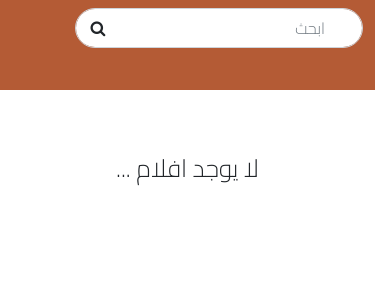
Repository: amralhawi123/Movies
Page: /
These files come from the project's save history. The page is drawn as it stood at one moment and after a run of saves; the edit follows.
The browser window is 375 px wide. The pictures show the whole page.
The page's requests for data from a server got no answer. The project was rebuilt for these pictures with package versions that can differ from the ones it lists, and the page was loaded fresh each time. No one was signed in, and anything a server would have sent is missing. Also part of the build but not shown: src/Components/CardMovie.js, src/Components/Pagination.js, src/Components/MovisDetails.js.

Above is the page before, as saved 2023-04-11 15:26:43.

### public/index.html
<!DOCTYPE html>
<html dir="rtl" lang="ar">
  <head>
    <meta charset="utf-8" />
    <link rel="icon" href="%PUBLIC_URL%/favicon.ico" />
    <meta name="viewport" content="width=device-width, initial-scale=1" />
    <meta name="theme-color" content="#000000" />
    <meta
      name="description"
      content="Web site created using create-react-app"
    />
    <link rel="apple-touch-icon" href="%PUBLIC_URL%/logo192.png" />
    <link rel="manifest" href="%PUBLIC_URL%/manifest.json" />
    <link
      rel="stylesheet"
      href="https://cdn.jsdelivr.net/npm/bootstrap@5.1.3/dist/css/bootstrap.min.css"
      integrity="sha384-1BmE4kWBq78iYhFldvKuhfTAU6auU8tT94WrHftjDbrCEXSU1oBoqyl2QvZ6jIW3"
      crossorigin="anonymous"
    />
    <link rel="preconnect" href="https://fonts.googleapis.com" />
    <link rel="preconnect" href="https://fonts.gstatic.com" crossorigin />
    <link
      href="https://fonts.googleapis.com/css2?family=Almarai:wght@300;400;700;800&family=Cairo:wght@300&display=swap"
      rel="stylesheet"
    />
    <link
      rel="stylesheet"
      href="https://cdnjs.cloudflare.com/ajax/libs/font-awesome/4.7.0/css/font-awesome.min.css"
    />
    <title>Movies</title>
  </head>
  <body>
    <noscript>You need to enable JavaScript to run this app.</noscript>
    <div id="root"></div>
  </body>
</html>

### src/index.js
import ReactDOM from 'react-dom/client';
import './index.css';
import App from './App';
import 'bootstrap/dist/css/bootstrap.min.css';
import { store } from './Reudx/store/store';
import { Provider } from 'react-redux';


const root = ReactDOM.createRoot(document.getElementById('root'));

root.render(
  <Provider store={store}>
    <App />
  </Provider>,
);

### src/index.css
body {
  margin: 0;
}
.color-body {
  background-color: white;
  height: 100vh;
}
.nav-style {
  height: 90px;
  width: 1440px;
  background-color: #b45b35;
}

.logo {
  height: 72px;
  width: 78px;
}

.search {
  position: relative;
}

.search input {
  height: 40px;
  text-indent: 25px;
  border-radius: 20px;
}

.search input:focus {
  box-shadow: none;
  border: 2px solid red;
}
.search .fa-search {
  position: absolute;
  top: 12px;
  left: 16px;
}

.card {
  position: relative;
  transition: all 0.5s ease-in;
  cursor: pointer;
  height: 375px;
}

.card__image {
  display: block;
  width: 100%;
  height: 100%;
  border-radius: 5px;
}

.card__overlay {
  position: absolute;
  top: 0;
  bottom: 0;
  left: 0;
  right: 0;
  height: 100%;
  width: 100%;
  opacity: 0;
  visibility: none;
  transition: 0.5s ease;
  background-color: #393839;
}

.card:hover .card__overlay {
  opacity: 0.8;
}

.overlay__text {
  color: white;
  font-size: 16px;
  font-weight: bold;
  position: absolute;
  top: 50%;
  left: 50%;
  -webkit-transform: translate(-50%, -50%);
  -ms-transform: translate(-50%, -50%);
  transform: translate(-50%, -50%);
}

.font {
  font-family: "Almarai", sans-serif;
  font-family: "Cairo", sans-serif;
}

.color {
  color: #b45b35;
  background-color: #b45b35;
}

.card-detalis {
  height: 370px;
  border-radius: 20px;
  background-color: #f8f8f8;
}
.card-story {
  height: 300px;
  border-radius: 20px;
  background-color: #f8f8f8;
}
.img-movie {
  height: 360px;
  padding: 10px;
  border-radius: 20px;
}

.card-text-details {
  color: #555555;
  font-family: Almarai;
  font-size: 28px;
  font-weight: bold;
  letter-spacing: 0;
  line-height: 49px;
}

.card-text-story {
  color: #555555;
  font-family: Almarai;
  font-size: 18px;
  letter-spacing: 0;
  line-height: 32px;
}
.card-text-title {
  color: #555555;
  font-family: Almarai;
  font-size: 36px;
  font-weight: bold;
  letter-spacing: 0;
  line-height: 49px;
}


@media (max-width:500px) {
  .remov{
    display: none;
  }
  .input2{
    width: 100%;
  }
}

### src/App.js
import { Container } from "react-bootstrap";
import { BrowserRouter, Routes, Route} from 'react-router-dom'
import NavBar from "./Components/NaveBar";
import MovesList from './Components/MovesList';
import MovisDetails from "./Components/MovisDetails";

function App() {

  return (
    <div className="font color-body ">
      <NavBar/>
      <Container>
        <BrowserRouter>
          <Routes>
            <Route path="/" element={<MovesList/>}/>
            <Route path="/movie/:id" element={<MovisDetails/>}/>
          </Routes>
        </BrowserRouter>
      </Container>
    </div>
  );
}

export default App;

### src/Reudx/store/store.js
import { applyMiddleware, createStore } from '@reduxjs/toolkit'
import { movieReducer } from '../reducer/moviesReducer'
import thunk from 'redux-thunk'

export const store = createStore( movieReducer, applyMiddleware(thunk))

### src/Components/NaveBar.js
import React from 'react'
import { Container } from 'react-bootstrap'
import logo from '../images/logo.png'
import { Row } from 'react-bootstrap';
import { Col } from 'react-bootstrap';
import { useDispatch } from 'react-redux';
import { getAllMovie, getMovieSearch } from '../Reudx/actions/moviaction';

const NavBar = () => {

  const Onsearch = (word) => {
    search(word)
  }

  const dispatch = useDispatch()
    // search
    const search = async (word) => {
      if (word === "") {
        dispatch(getAllMovie())
      } else{
        dispatch(getMovieSearch(word))
    }
  }

  return (
    <div className="nav-style w-100">
      <Container>
        <Row className="pt-2 ">
          <Col xs="2" lg="1" className='remov'>
            <a href="/">
              <img className="logo" src={logo} alt="dfs" />
            </a>
          </Col>
          <Col xs="10" lg="11" className=" d-flex align-items-center input2">
            <div className="search  w-100">
              <i className="fa fa-search"></i>
              <input onChange={(e) => Onsearch(e.target.value)} type="text" className="form-control" placeholder="ابحث" />
            </div>
          </Col>
        </Row>
      </Container>
    </div>
  );
}

export default NavBar

### src/Components/MovesList.js
import React from "react";
import { Row } from "react-bootstrap";
import CardMovie from "./CardMovie";
import PaginationComponent from './Pagination'
import { useEffect, useState } from "react";
import { useDispatch } from 'react-redux';
import { getAllMovie } from "../Reudx/actions/moviaction";
import { useSelector } from 'react-redux';
const MovesList = ({getPage, PageCount}) => {

  const [movies, setmovies] = useState([])
  const dispatch = useDispatch()

  useEffect(() => {
    dispatch(getAllMovie())
    }, [dispatch])

  const datamovies = useSelector((state)=> state.movies )

  useEffect(() => {
    setmovies(datamovies)
  }, [datamovies])


  return (
    <Row className="mt-3">
      {movies.length >= 1 ? (movies.map((mov) => {
        return (<CardMovie mov={mov} key={mov.id}/>)
      })) : <h2 className="text-center p-5"> لا يوجد افلام ...</h2>}
      {movies.length >= 1 ?<PaginationComponent getPage={getPage} PageCount={PageCount}/>
: null}
    </Row>
  );
};

export default MovesList

### src/Reudx/reducer/moviesReducer.js
import {ALLMOVIES} from '../types/moviesType'


const initailValue = {movies: [], pageCount:0}

export const movieReducer = (state =initailValue, action) => {
   switch (action.type) {
      case ALLMOVIES:
         return {movies: action.data, pageCount:action.pages}
      default:
         return state
   }


}

### src/Reudx/actions/moviaction.js
import axios  from "axios"
import { ALLMOVIES, MovieApi } from "../types/moviesType"

export const getAllMovie= () => {
   return async (dispatch) => {
      const res = await axios.get(MovieApi)
      dispatch({type:ALLMOVIES, data:res.data.results, pages:res.data.total_pages})
   }
}


export const getMovieSearch= (word) => {
   return async (dispatch) => {
      const res = await axios.get(`https://api.themoviedb.org/3/search/movie?api_key=52ef927bbeb21980cd91386a29403c78&query=${word}&language=ar-US`)
      dispatch({type:ALLMOVIES, data:res.data.results, pages:res.data.total_pages})
   }
}


export const getPage= (page) => {
   return async (dispatch) => {
      const res = await axios.get(`https://api.themoviedb.org/3/movie/popular?api_key=52ef927bbeb21980cd91386a29403c78&language=ar-US&page=${page}`)
      dispatch({type:ALLMOVIES, data:res.data.results, pages:res.data.total_pages})
   }
}

### src/Reudx/types/moviesType.js
export const ALLMOVIES = 'ALLMOVIES'

export const MovieApi = "https://api.themoviedb.org/3/movie/popular?api_key=52ef927bbeb21980cd91386a29403c78&language=ar-US"

After the next 3 saves:
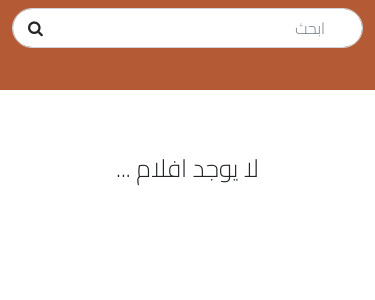
The 3 saves are shown as one change because they came seconds apart.
The last was saved 39 s later.
--- a/src/index.css
+++ b/src/index.css
@@ -137,6 +137,6 @@ body {
     display: none;
   }
   .input2{
-    width: 100%;
+    width: 100% !important;
   }
 }
